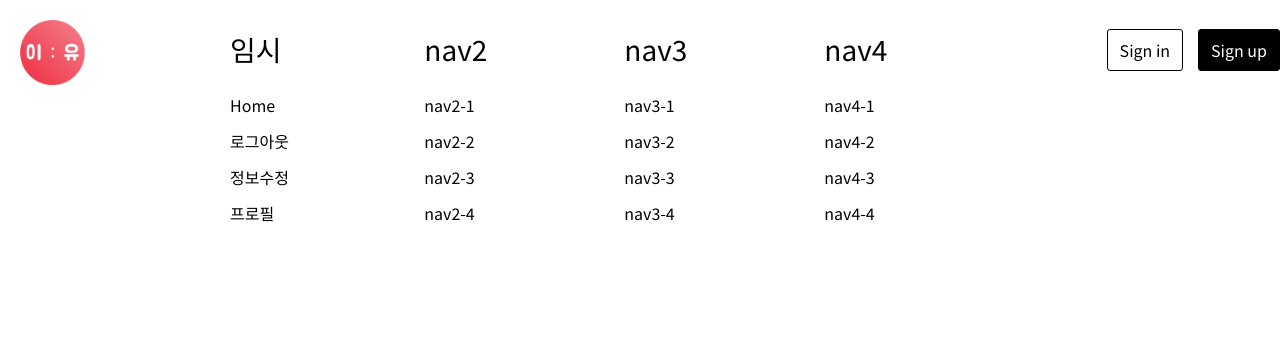
Repository: ryuwc/E_U
Page: /random (app in final-pjt-front/)
The author's editor kept a copy of each file at every save. The page is drawn from the files as they stood at one save, then again after the next save.
The browser window is 1280 px wide. The pictures show the whole page.
The page's requests for data from a server got no answer. Some web libraries are served in a nearby version. The project was rebuilt for these pictures with package versions that can differ from the ones it lists, and the page was loaded fresh each time. No one was signed in, and anything a server would have sent is missing. Also part of the build but not shown: final-pjt-front/vue.config.js, final-pjt-front/src/components/MoviveCard.vue.

Above is the page before, as saved 2022-11-23 10:24:49.

After the next save:
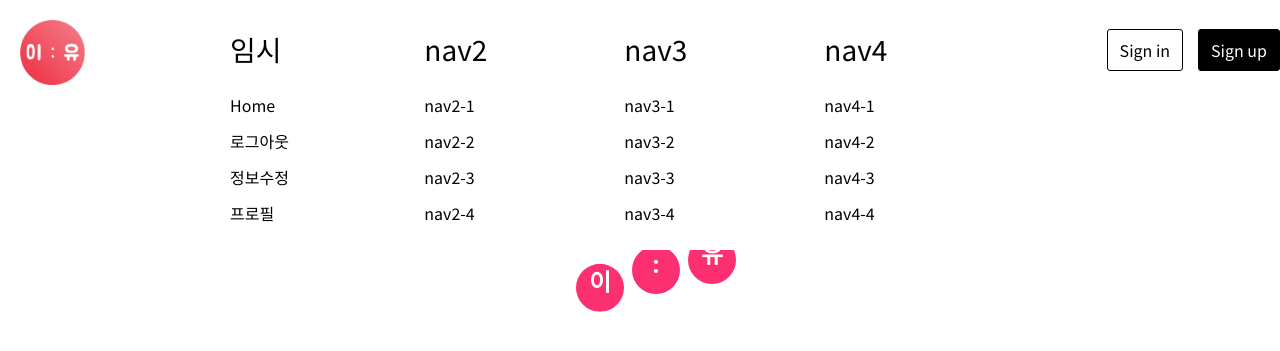
Saved 2 min 2 s later.
--- a/final-pjt-front/src/views/movies/RandomMovieView.vue
+++ b/final-pjt-front/src/views/movies/RandomMovieView.vue
@@ -1,5 +1,5 @@
 <template>
-  <div class="random">
+  <div class="random" style="margin-top: 7rem;">
     <br>
       <div class="text-box"
       style="margin-left: 45vw;"
